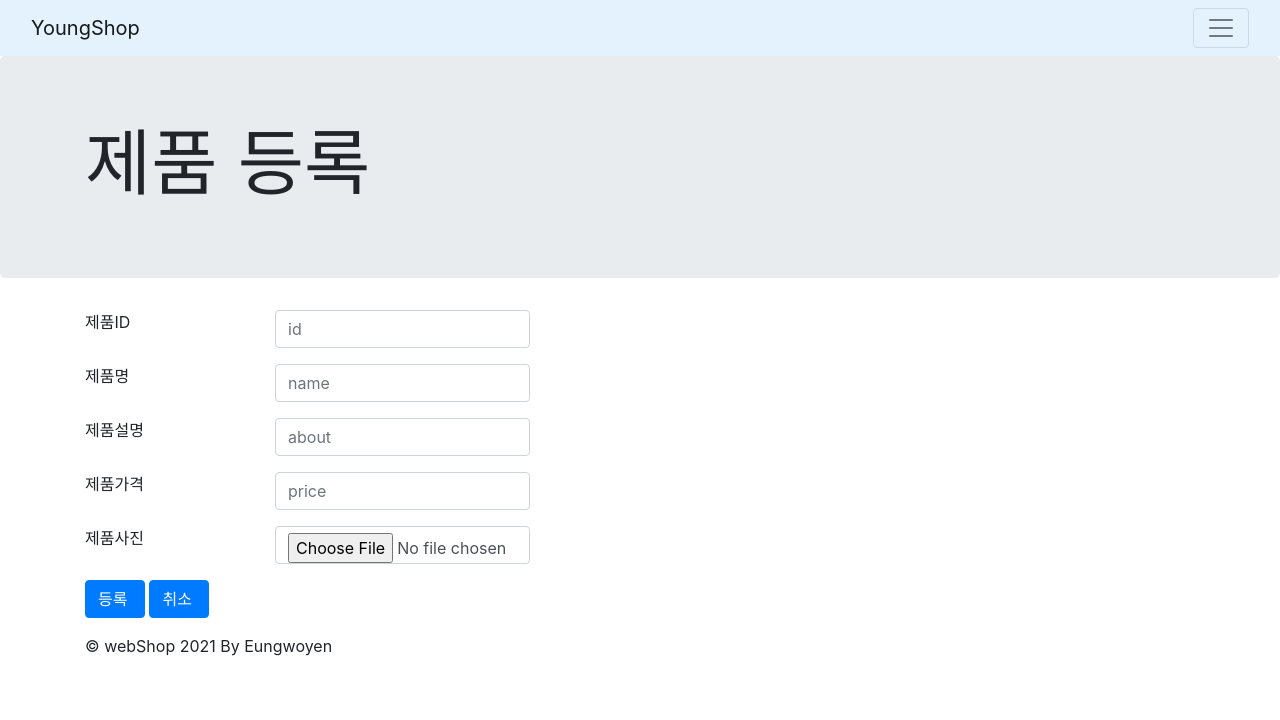
Repository: khss4008/JSP_project
Page: http://localhost/Webshop2/product/addProduct.jsp
An editor plug-in stored every save of this project. The page is shown before and after the next save, followed by the edit.
The browser window is 1280 px wide. The pictures show the whole page.
The page is served by Tomcat 9.

Above is the page before, as saved 2021-11-05 00:07:11.
Console error: TypeError: Cannot read properties of undefined (reading 'fn')

After the next save:
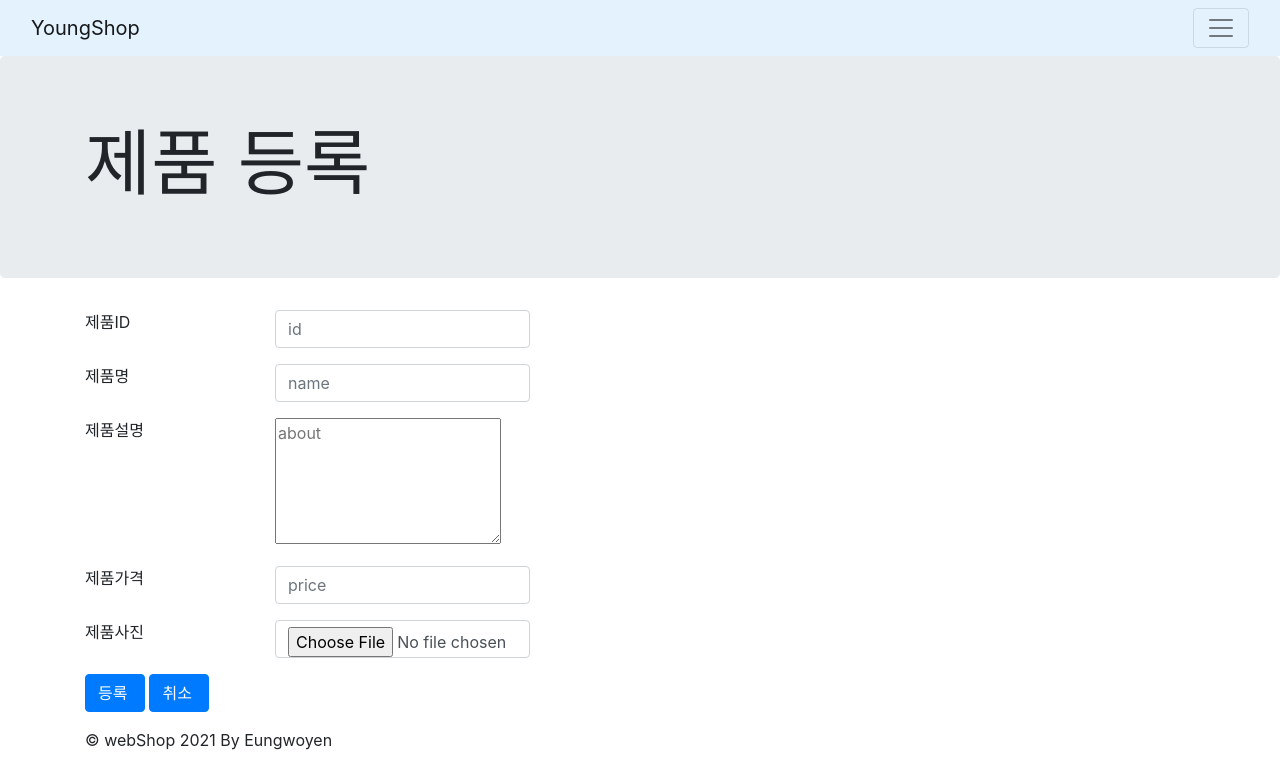
Saved 3 min 32 s later.
--- a/Webshop2/WebContent/product/addProduct.jsp
+++ b/Webshop2/WebContent/product/addProduct.jsp
@@ -34,7 +34,7 @@
           <div class="form-group  row">
             <label class="col-sm-2">제품설명</label>
             <div class="col-sm-3">
-               <input name="description" type="text" class="form-control" placeholder="about" >
+               <textarea name = description rows = "5" cols = "20" placeholder = "about"></textarea>
             </div>
          </div>
 
